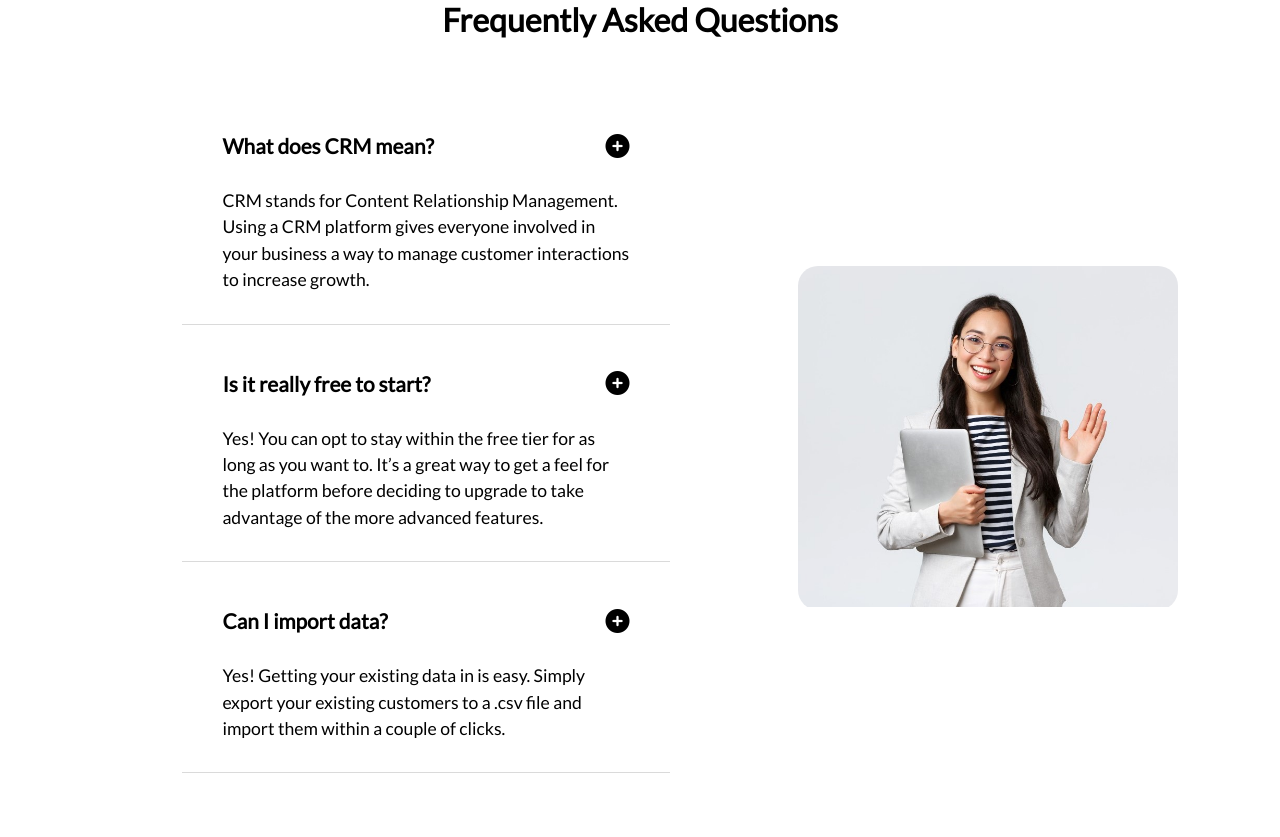
Repository: emiliaiwu/faq_component
Page: index.html
The author's editor kept a copy of each file at every save. The page is drawn from the files as they stood at one save, then again after the next save.
The browser window is 1280 px wide. The pictures show the whole page.
Some web libraries are served in a nearby version.

Above is the page before, as saved 2022-12-13 16:38:27.

After the next save:
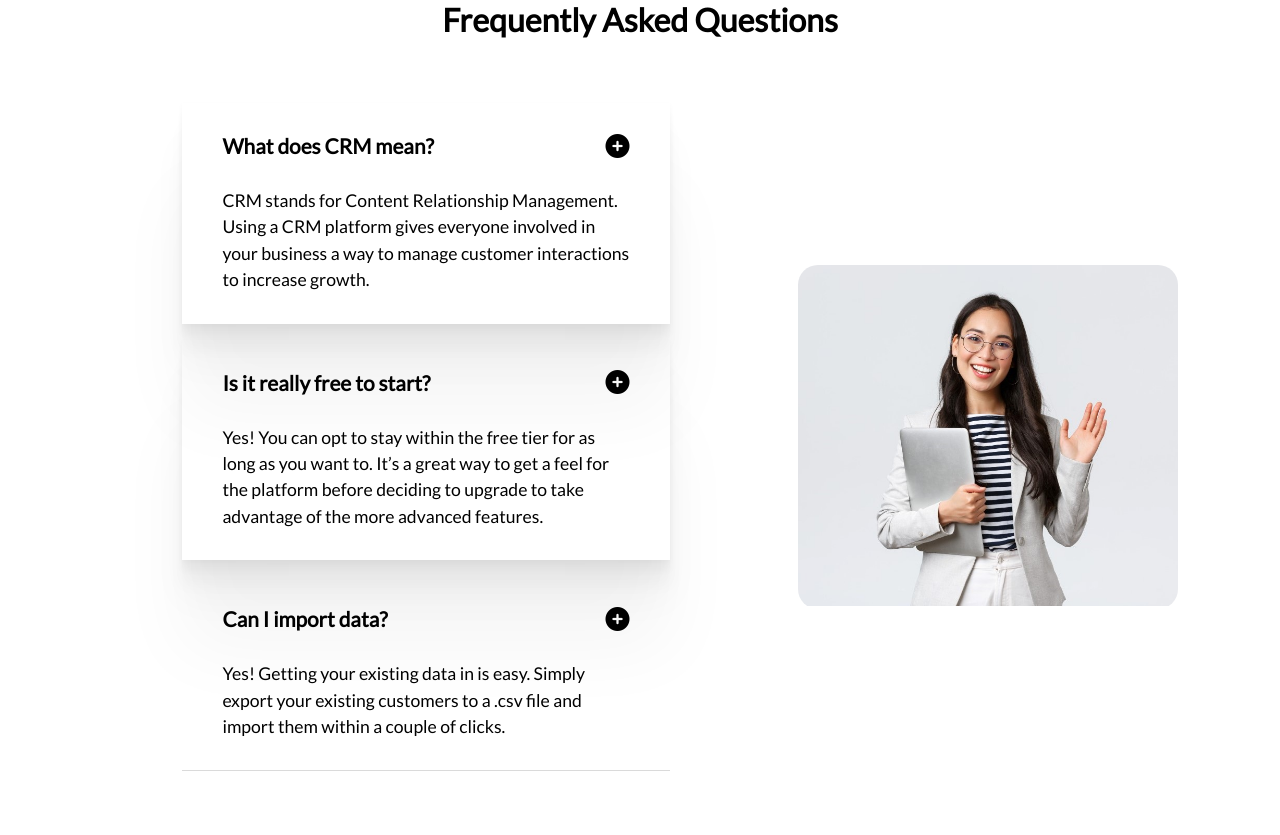
Saved 4 s later.
--- a/style.css
+++ b/style.css
@@ -96,7 +96,7 @@ img {
 /* ACTIVE CLASSES */
 
 .faq_content.active {
-    bo
+    border: none;
     box-shadow: 0 90px 70px 0 rgb(0 0 0 / 4%),
         0 40px 35px 0 rgb(0 0 0 / 3%),
         0 25px 15px 0 rgb(0 0 0 / 3%),
